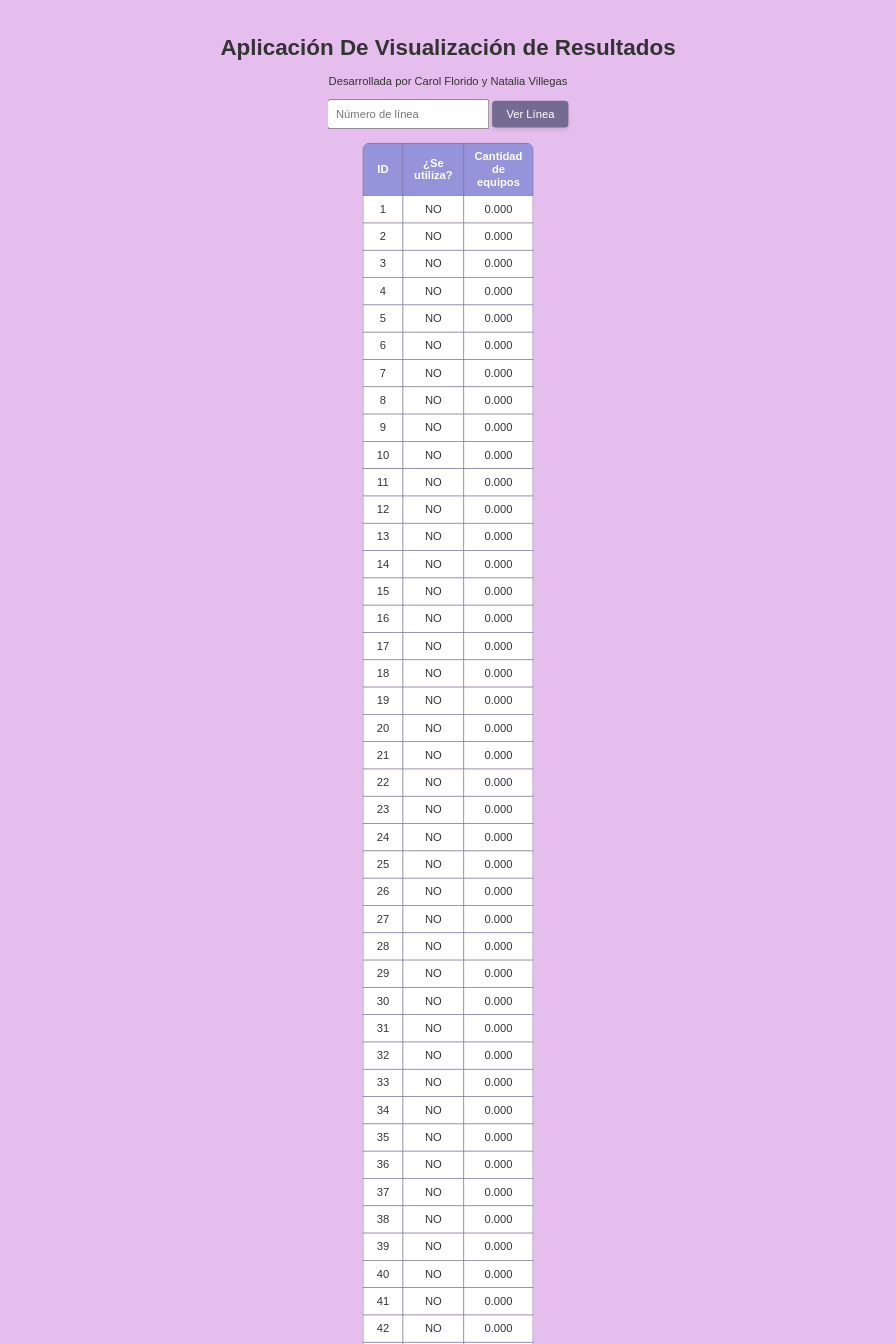
Repository: cflorido/Front_T3
Page: index.html
The author's editor kept a copy of each file at every save. The page is drawn from the files as they stood at one save, then again after the next save.
The browser window is 1280 px wide. The pictures show the part of the page from y = 0 to 1920 px (the page is 6969 px tall before and 720 px after), at 70% of full size.

Above is the page before, as saved 2024-10-22 22:54:18.

### index.html
<!DOCTYPE html>
<html lang="es">
<head>
    <meta charset="UTF-8">
    <meta name="viewport" content="width=device-width, initial-scale=1.0">
    <title>Aplicación Visualización de Datos</title>
    <style>
        body {
            font-family: Arial, sans-serif;
            background-color: #E5BEED;
            color: #333;
            text-align: center;
            padding: 20px;
        }
        .container {
            display: flex;
            justify-content: space-between;
        }
        button {
            padding: 10px 20px;
            font-size: 16px;
            cursor: pointer;
            background-color: #736B92;
            color: white;
            border: none;
            border-radius: 5px;
            transition: background-color 0.3s;
            box-shadow: 0 4px 6px rgba(0, 0, 0, 0.1);
        }
        button:hover {
            background-color: #7D5C65;
        }
        #tablaEquipos {
            width: 20%; /* 20% del ancho de la pantalla */
            border-collapse: collapse;
            text-align: left;
        }
        #tablaEquipos th, #tablaEquipos td {
            border: 1px solid #736B92;
            padding: 10px;
        }
        #tablaEquipos th {
            background-color: #9593D9;
            color: white;
        }
        #tablaEquipos td {
            background-color: #fff;
        }
        #contenido {
            width: 75%; /* 75% del ancho de la pantalla */
            margin-top: 20px;
            padding: 10px;
            border: 1px solid #7C90DB;
            background-color: #fff;
            border-radius: 8px;
            box-shadow: 0 2px 10px rgba(0, 0, 0, 0.2);
            display: none;
        }
        table {
            margin: 20px auto;
            border-collapse: collapse;
            width: 100%;
            border-radius: 10px;
            overflow: hidden;
        }
        th, td {
            border: 1px solid #736B92;
            padding: 10px;
            text-align: center;
            width: 14.28%;
        }
        th {
            background-color: #9593D9;
            color: white;
            font-weight: bold;
        }
        td {
            background-color: #ffffff;
            transition: background-color 0.3s;
        }
        td.utilizado {
            background-color: #7C90DB;
            color: #ffffff;
            font-weight: bold;
        }
        .footer {
            margin-top: 20px;
            font-size: 14px;
            color: #736B92;
        }
    </style>
</head>
<body>
    <h1>Aplicación De Visualización de Resultados</h1>
    <p>Desarrollada por Carol Florido y Natalia Villegas</p>

    <input type="number" id="numeroLinea" placeholder="Número de línea" min="1" style="padding: 10px; font-size: 16px;">
    <button onclick="cargarLinea()">Ver Línea</button>

    <div class="container">
        <!-- Tabla de equipos en el lado izquierdo -->
        <table id="tablaEquipos">
            <thead>
                <tr>
                    <th>ID</th>
                    <th>¿Se utiliza?</th>
                    <th>Cantidad de equipos</th>
                </tr>
            </thead>
            <tbody></tbody>
        </table>

        <!-- Contenedor de la tabla de horarios -->
        <div id="contenido"></div>
    </div>

    <div class="footer">
        <p>&copy; 2024 Visualización de resultados tarea 3 Optimización Avanzada. Todos los derechos reservados.</p>
    </div>

    <script>
        let lineas = []; // Array para almacenar las líneas del archivo
        let equipos = []; // Array para almacenar la cantidad de equipos

        // Función para cargar el contenido de los archivos
        function cargarContenido() {
            fetch('data.txt')
                .then(response => {
                    if (!response.ok) {
                        throw new Error('Error al cargar el archivo: ' + response.statusText);
                    }
                    return response.text();
                })
                .then(data => {
                    lineas = data.split('\n');
                })
                .catch(error => {
                    console.error(error);
                    alert('No se pudo cargar el contenido.');
                });

            // Cargar el contenido del archivo de equipos
            fetch('equipos.txt')
                .then(response => {
                    if (!response.ok) {
                        throw new Error('Error al cargar el archivo de equipos: ' + response.statusText);
                    }
                    return response.text();
                })
                .then(data => {
                    equipos = data.split('\n').map(line => {
                        const [numero, cantidad] = line.split(',').map(Number);
                        return { numero, cantidad: parseFloat(cantidad).toFixed(3) }; // Redondear a 3 decimales
                    });
                    mostrarEquipos(); // Mostrar la tabla de equipos
                })
                .catch(error => {
                    console.error(error);
                    alert('No se pudo cargar el contenido de equipos.');
                });
        }

        // Función para mostrar la tabla de equipos
        function mostrarEquipos() {
            const tablaEquiposBody = document.querySelector('#tablaEquipos tbody');
            tablaEquiposBody.innerHTML = ''; // Limpiar el contenido previo

            equipos.forEach(equipo => {
                const fila = document.createElement('tr');
                const celdaId = document.createElement('td');
                const celdaUtiliza = document.createElement('td');
                const celdaCantidad = document.createElement('td');

                celdaId.textContent = equipo.numero;
                celdaUtiliza.textContent = equipo.cantidad > 0 ? 'SI' : 'NO';
                celdaCantidad.textContent = equipo.cantidad;

                fila.appendChild(celdaId);
                fila.appendChild(celdaUtiliza);
                fila.appendChild(celdaCantidad);

                tablaEquiposBody.appendChild(fila);
            });
        }

        // Función para mostrar la línea seleccionada
        function cargarLinea() {
            const numeroLinea = document.getElementById("numeroLinea").value;
            const contenidoDiv = document.getElementById("contenido");

            // Verificar si el número de línea es válido
            if (numeroLinea > 0 && numeroLinea <= lineas.length) {
                const horario = JSON.parse("[" + lineas[numeroLinea - 1] + "]"); // Parsear la línea como JSON con corchetes
                const equipoSeleccionado = equipos.find(e => e.numero === parseInt(numeroLinea));

                // Mostrar la cantidad de equipos arriba del horario
                contenidoDiv.innerHTML = `<h3>Cantidad de equipos: ${equipoSeleccionado ? equipoSeleccionado.cantidad : 'No disponible'}</h3>`;

                mostrarHorario(horario); // Mostrar el horario en forma de tabla
                contenidoDiv.style.display = 'block'; // Muestra el div
            } else {
                alert('Número de línea no válido. Intenta de nuevo.');
            }
        }

        // Función para mostrar el horario en una tabla
        function mostrarHorario(horario) {
            const contenidoDiv = document.getElementById("contenido");

            // Crear la tabla
            const tabla = document.createElement('table');
            const thead = document.createElement('thead');
            const tbody = document.createElement('tbody');

            // Crear encabezado de la tabla
            const encabezado = document.createElement('tr');
            const dias = ['Franja Horaria', 'Lunes', 'Martes', 'Miércoles', 'Jueves', 'Viernes', 'Sábado', 'Domingo'];
            dias.forEach(dia => {
                const th = document.createElement('th');
                th.textContent = dia;
                encabezado.appendChild(th);
            });
            thead.appendChild(encabezado);
            tabla.appendChild(thead);

            // Crear filas de horarios
            for (let i = 0; i < 12; i++) {
                const fila = document.createElement('tr');

                const horaInicio = (i * 2) % 24;
                const horaFin = (horaInicio + 2) % 24;
                const franjaHoraria = `${horaInicio < 10 ? '0' : ''}${horaInicio}:00 - ${horaFin < 10 ? '0' : ''}${horaFin}:00`;

                const celdaFranja = document.createElement('td');
                celdaFranja.textContent = franjaHoraria;
                fila.appendChild(celdaFranja);

                for (let j = 0; j < 7; j++) {
                    const celda = document.createElement('td');
                    celda.textContent = horario[i * 7 + j];
                    if (horario[i * 7 + j] === 1) {
                        celda.classList.add('utilizado'); // Agregar clase si se usa
                    }
                    fila.appendChild(celda);
                }
                tbody.appendChild(fila);
            }

            tabla.appendChild(tbody);
            contenidoDiv.appendChild(tabla);
        }

        // Cargar el contenido de los archivos al iniciar la página
        window.onload = cargarContenido;
    </script>
</body>
</html>

After the next save:
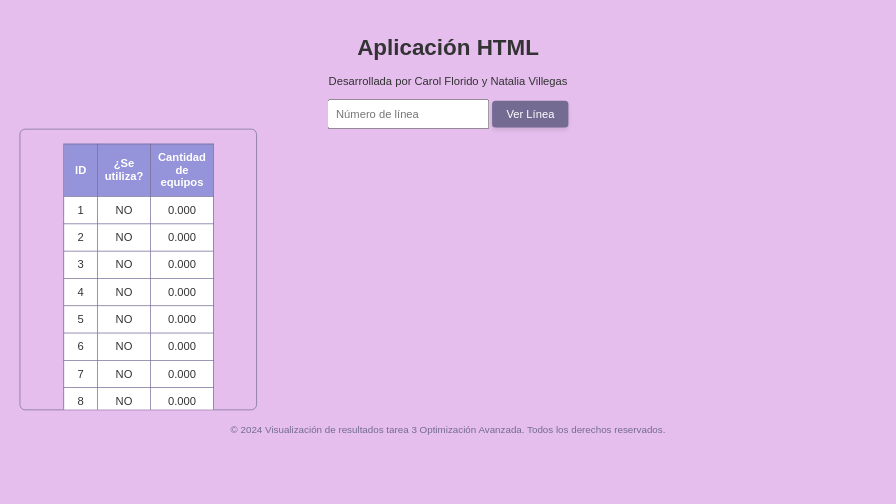
Saved 11 s later.
--- a/index.html
+++ b/index.html
@@ -34,6 +34,7 @@
             width: 20%; /* 20% del ancho de la pantalla */
             border-collapse: collapse;
             text-align: left;
+            overflow-y: auto; /* Permitir desplazamiento vertical */
         }
         #tablaEquipos th, #tablaEquipos td {
             border: 1px solid #736B92;
@@ -88,27 +89,36 @@
             font-size: 14px;
             color: #736B92;
         }
+        /* Estilos para hacer scrollable la tabla de equipos */
+        #tablaEquiposContainer {
+            max-height: 400px; /* Altura máxima del contenedor */
+            overflow-y: auto; /* Permitir desplazamiento vertical */
+            border: 1px solid #736B92; /* Borde para la tabla de equipos */
+            border-radius: 8px; /* Esquinas redondeadas */
+        }
     </style>
 </head>
 <body>
-    <h1>Aplicación De Visualización de Resultados</h1>
+    <h1>Aplicación HTML</h1>
     <p>Desarrollada por Carol Florido y Natalia Villegas</p>
 
     <input type="number" id="numeroLinea" placeholder="Número de línea" min="1" style="padding: 10px; font-size: 16px;">
     <button onclick="cargarLinea()">Ver Línea</button>
 
     <div class="container">
-        <!-- Tabla de equipos en el lado izquierdo -->
-        <table id="tablaEquipos">
-            <thead>
-                <tr>
-                    <th>ID</th>
-                    <th>¿Se utiliza?</th>
-                    <th>Cantidad de equipos</th>
-                </tr>
-            </thead>
-            <tbody></tbody>
-        </table>
+        <!-- Contenedor para la tabla de equipos -->
+        <div id="tablaEquiposContainer">
+            <table id="tablaEquipos">
+                <thead>
+                    <tr>
+                        <th>ID</th>
+                        <th>¿Se utiliza?</th>
+                        <th>Cantidad de equipos</th>
+                    </tr>
+                </thead>
+                <tbody></tbody>
+            </table>
+        </div>
 
         <!-- Contenedor de la tabla de horarios -->
         <div id="contenido"></div>
@@ -231,14 +241,15 @@
                 const horaFin = (horaInicio + 2) % 24;
                 const franjaHoraria = `${horaInicio < 10 ? '0' : ''}${horaInicio}:00 - ${horaFin < 10 ? '0' : ''}${horaFin}:00`;
 
-                const celdaFranja = document.createElement('td');
-                celdaFranja.textContent = franjaHoraria;
-                fila.appendChild(celdaFranja);
-
+                const celdaFranjaHoraria = document.createElement('td');
+                celdaFranjaHoraria.textContent = franjaHoraria;
+                fila.appendChild(celdaFranjaHoraria);
+
+                // Rellenar las celdas según la información del horario
                 for (let j = 0; j < 7; j++) {
                     const celda = document.createElement('td');
-                    celda.textContent = horario[i * 7 + j];
-                    if (horario[i * 7 + j] === 1) {
+                    if (horario[i][j] > 0) {
+                        celda.textContent = 'Sí';
                         celda.classList.add('utilizado'); // Agregar clase si se usa
                     }
                     fila.appendChild(celda);
